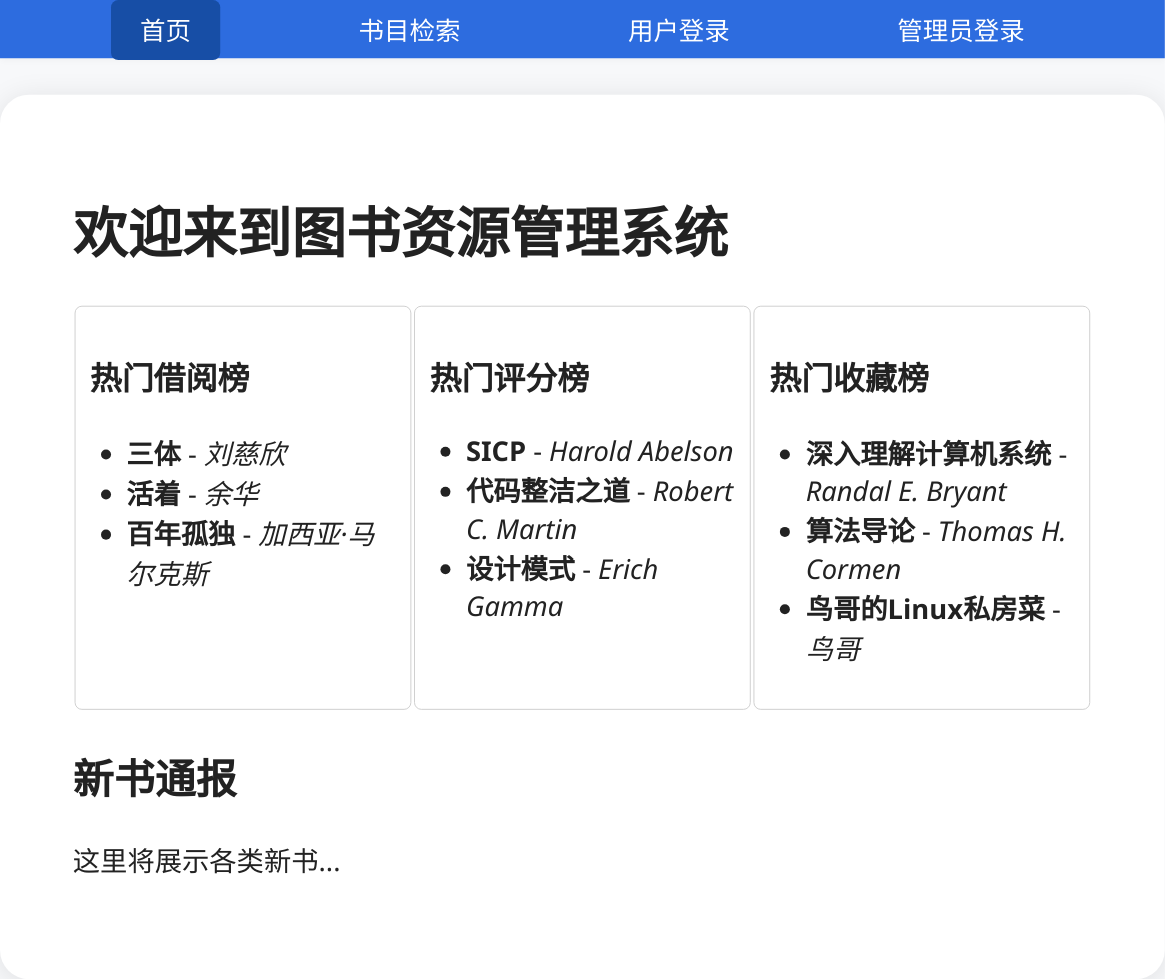
Repository: MercuryRandom/Library-Resource-Management-System
Page: / (app in frontend/)
An editor plug-in stored every save of this project. The page is shown before and after the next save, followed by the edit.
The browser window is 1280 px wide. The pictures show the whole page, at 91% of full size.
The project was rebuilt for these pictures with package versions that can differ from the ones it lists, and the page was loaded fresh each time. Also part of the build but not shown: frontend/vite.config.js, frontend/src/pages/SearchPage.jsx, frontend/src/pages/LoginPage.jsx, frontend/src/pages/RegisterPage.jsx, frontend/src/pages/AdminLoginPage.jsx, frontend/src/pages/AdminPage.jsx, frontend/src/pages/admin/ReaderManagementPage.jsx, frontend/src/pages/admin/BookManagementPage.jsx and 1 more.

Above is the page before, as saved 2025-06-25 20:22:45.

### frontend/index.html
<!DOCTYPE html>
<html lang="zh-CN">

<head>
  <meta charset="UTF-8" />
  <link rel="icon" type="image/svg+xml" href="/vite.svg" />
  <meta name="viewport" content="width=device-width, initial-scale=1.0" />
  <title>图书管理系统</title>
</head>

<body>
  <div id="root"></div>
  <script type="module" src="/src/main.jsx"></script>
</body>

</html>

### frontend/src/App.jsx
import { BrowserRouter as Router, Routes, Route } from 'react-router-dom';
import MainLayout from './layout/MainLayout';
import HomePage from './pages/HomePage';
import SearchPage from './pages/SearchPage';
import LoginPage from './pages/LoginPage';
import RegisterPage from './pages/RegisterPage';
import AdminLoginPage from './pages/AdminLoginPage';
import AdminPage from './pages/AdminPage';
import ReaderManagementPage from './pages/admin/ReaderManagementPage';
import BookManagementPage from './pages/admin/BookManagementPage';
import BorrowManagementPage from './pages/admin/BorrowManagementPage';
import './App.css';

function App() {
  return (
    <Router>
      <Routes>
        <Route path="/" element={<MainLayout />}>
          <Route index element={<HomePage />} />
          <Route path="search" element={<SearchPage />} />
          <Route path="login" element={<LoginPage />} />
          <Route path="register" element={<RegisterPage />} />
          <Route path="admin-login" element={<AdminLoginPage />} />
          <Route path="admin" element={<AdminPage />}>
            <Route path="readers" element={<ReaderManagementPage />} />
            <Route path="books" element={<BookManagementPage />} />
            <Route path="borrowing" element={<BorrowManagementPage />} />
          </Route>
        </Route>
      </Routes>
    </Router>
  );
}

export default App;

### frontend/src/layout/MainLayout.jsx
import React from 'react';
import { Outlet, NavLink } from 'react-router-dom';

const MainLayout = () => {
  return (
    <div>
      <nav>
        <ul>
          <li>
            <NavLink to="/" end className={({ isActive }) => isActive ? 'active' : ''}>首页</NavLink>
          </li>
          <li>
            <NavLink to="/search" className={({ isActive }) => isActive ? 'active' : ''}>书目检索</NavLink>
          </li>
          <li>
            <NavLink to="/login" className={({ isActive }) => isActive ? 'active' : ''}>用户登录</NavLink>
          </li>
          <li>
            <NavLink to="/admin-login" className={({ isActive }) => isActive ? 'active' : ''}>管理员登录</NavLink>
          </li>
        </ul>
      </nav>
      <hr style={{ border: 'none', margin: 0 }} />
      <main>
        <Outlet />
      </main>
    </div>
  );
};

export default MainLayout;

### frontend/src/pages/HomePage.jsx
import React from 'react';

const HomePage = () => {
  // 假设这些是-从后端获取的数据
  const popularBorrowings = [
    { id: 1, title: '三体', author: '刘慈欣' },
    { id: 2, title: '活着', author: '余华' },
    { id: 3, title: '百年孤独', author: '加西亚·马尔克斯' },
  ];

  const popularRatings = [
    { id: 1, title: 'SICP', author: 'Harold Abelson' },
    { id: 2, title: '代码整洁之道', author: 'Robert C. Martin' },
    { id: 3, title: '设计模式', author: 'Erich Gamma' },
  ];

  const popularCollections = [
    { id: 1, title: '深入理解计算机系统', author: 'Randal E. Bryant' },
    { id: 2, title: '算法导论', author: 'Thomas H. Cormen' },
    { id: 3, title: '鸟哥的Linux私房菜', author: '鸟哥' },
  ];

  return (
    <div>
      <h1>欢迎来到图书资源管理系统</h1>

      <div style={{ display: 'flex', justifyContent: 'space-around', marginTop: '20px' }}>
        <RecommendationList title="热门借阅榜" books={popularBorrowings} />
        <RecommendationList title="热门评分榜" books={popularRatings} />
        <RecommendationList title="热门收藏榜" books={popularCollections} />
      </div>

      <div style={{ marginTop: '40px' }}>
        <h2>新书通报</h2>
        <p>这里将展示各类新书...</p>
      </div>
    </div>
  );
};

// 一个可重用的列表组件
const RecommendationList = ({ title, books }) => (
  <div style={{ border: '1px solid #ccc', padding: '16px', borderRadius: '8px', width: '30%' }}>
    <h3>{title}</h3>
    <ul>
      {books.map(book => (
        <li key={book.id}>
          <strong>{book.title}</strong> - <em>{book.author}</em>
        </li>
      ))}
    </ul>
  </div>
);

export default HomePage;

### frontend/src/App.css
body {
  margin: 0;
  padding: 0;
  font-family: 'Segoe UI', 'Arial', sans-serif;
  background: #f7f8fa;
  color: #222;
  font-size: 24px;
}

#root {
  min-height: 100vh;
  display: flex;
  flex-direction: column;
}

nav {
  background: #2d6cdf;
  padding: 0 0;
  box-shadow: 0 2px 8px rgba(0, 0, 0, 0.04);
}

nav ul {
  display: flex;
  justify-content: center;
  align-items: center;
  margin: 0;
  padding: 0;
  list-style: none;
  height: 64px;
}

nav ul li {
  margin: 0 60px;
}

nav ul li a {
  color: #fff;
  text-decoration: none;
  font-size: 28px;
  font-weight: 500;
  padding: 14px 32px;
  border-radius: 8px;
  transition: background 0.2s;
}

nav ul li a:hover,
nav ul li a.active {
  background: #174ea6;
}

main {
  flex: 1;
  max-width: 1600px;
  margin: 40px auto 0 auto;
  background: #fff;
  border-radius: 32px;
  box-shadow: 0 4px 32px rgba(0, 0, 0, 0.10);
  padding: 64px 80px 80px 80px;
  font-size: 1.25em;
}

/* 登录/注册卡片样式 */
.form-card {
  max-width: 520px;
  margin: 60px auto;
  padding: 48px 40px 40px 40px;
  background: #f5f7fb;
  border-radius: 24px;
  box-shadow: 0 2px 16px rgba(0, 0, 0, 0.08);
}

.form-card h2 {
  text-align: center;
  margin-bottom: 32px;
  font-size: 2.2em;
}

.form-card label {
  font-size: 1.1em;
  margin-bottom: 8px;
}

.form-card input {
  width: 100%;
  padding: 14px;
  font-size: 1.1em;
  border: 1px solid #bfc8e0;
  border-radius: 8px;
  margin-bottom: 24px;
  background: #fff;
  box-sizing: border-box;
}

.form-card button {
  width: 100%;
  padding: 16px;
  font-size: 1.1em;
  background: #2d6cdf;
  color: #fff;
  border: none;
  border-radius: 8px;
  margin-top: 8px;
  cursor: pointer;
  transition: background 0.2s;
}

.form-card button:hover {
  background: #174ea6;
}

.form-card .form-link {
  display: block;
  text-align: right;
  margin-top: 12px;
  color: #2d6cdf;
  text-decoration: underline;
  cursor: pointer;
  font-size: 1em;
}

@media (max-width: 900px) {
  main {
    max-width: 98vw;
    padding: 16px 2vw;
  }

  nav ul li {
    margin: 0 10px;
  }

  nav ul li a {
    font-size: 18px;
    padding: 8px 10px;
  }

  .form-card {
    padding: 24px 8px 24px 8px;
  }
}

.logo {
  height: 6em;
  padding: 1.5em;
  will-change: filter;
  transition: filter 300ms;
}

.logo:hover {
  filter: drop-shadow(0 0 2em #646cffaa);
}

.logo.react:hover {
  filter: drop-shadow(0 0 2em #61dafbaa);
}

@keyframes logo-spin {
  from {
    transform: rotate(0deg);
  }

  to {
    transform: rotate(360deg);
  }
}

@media (prefers-reduced-motion: no-preference) {
  a:nth-of-type(2) .logo {
    animation: logo-spin infinite 20s linear;
  }
}

.card {
  padding: 2em;
}

.read-the-docs {
  color: #888;
}

Loaded but not shown: frontend/src/main.jsx (common file)

After the next save:
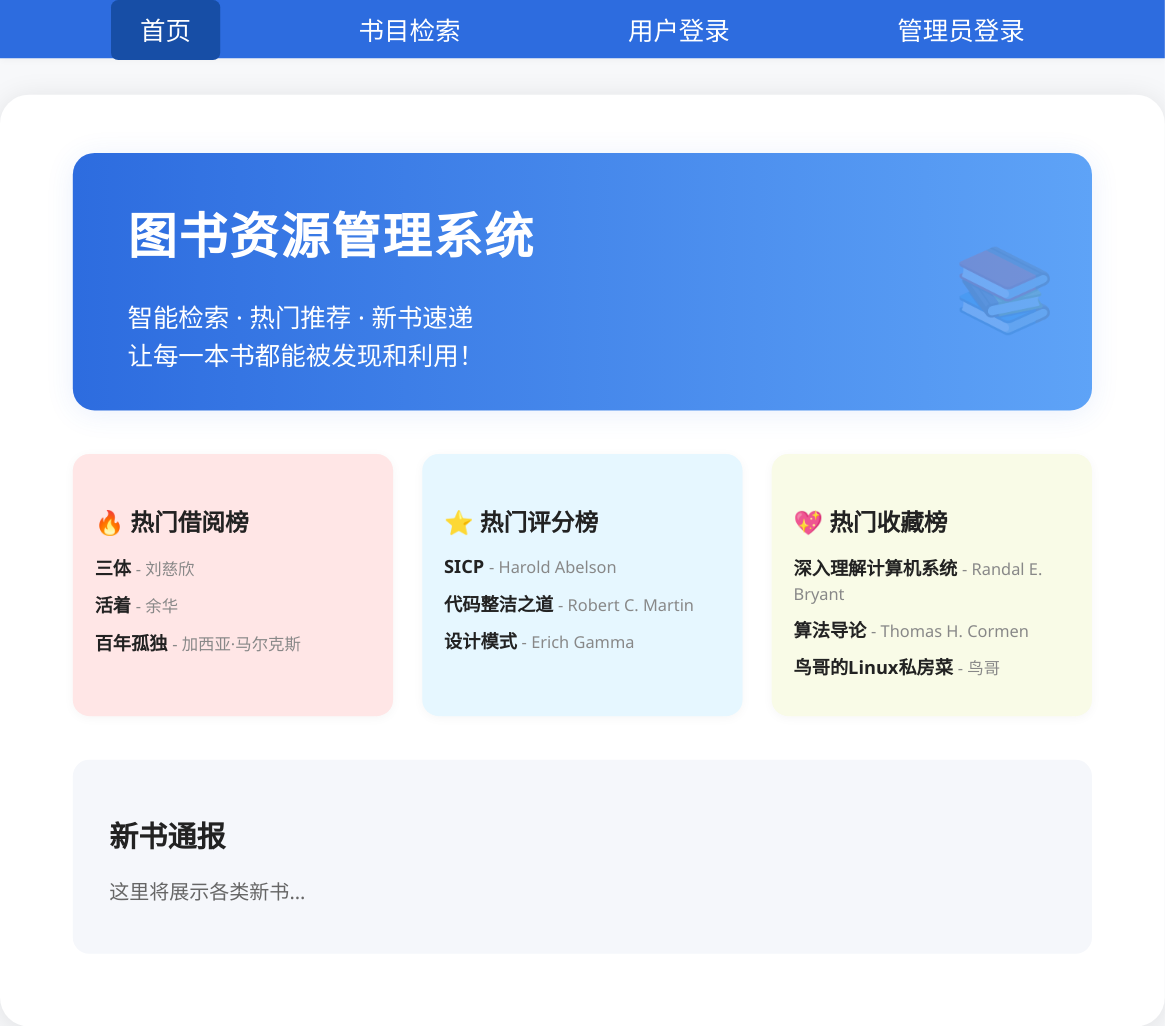
Saved 16 s later.
--- a/frontend/src/pages/HomePage.jsx
+++ b/frontend/src/pages/HomePage.jsx
@@ -22,30 +22,49 @@ const HomePage = () => {
 
   return (
     <div>
-      <h1>欢迎来到图书资源管理系统</h1>
-
-      <div style={{ display: 'flex', justifyContent: 'space-around', marginTop: '20px' }}>
-        <RecommendationList title="热门借阅榜" books={popularBorrowings} />
-        <RecommendationList title="热门评分榜" books={popularRatings} />
-        <RecommendationList title="热门收藏榜" books={popularCollections} />
+      <div style={{
+        background: 'linear-gradient(90deg, #2d6cdf 0%, #5ea3f7 100%)',
+        color: '#fff',
+        borderRadius: '24px',
+        padding: '48px 40px 40px 60px',
+        marginBottom: 48,
+        boxShadow: '0 4px 32px rgba(45,108,223,0.10)',
+        display: 'flex',
+        alignItems: 'center',
+        gap: 40
+      }}>
+        <div style={{ flex: 1 }}>
+          <h1 style={{ fontSize: 54, fontWeight: 700, margin: 0, letterSpacing: 2 }}>图书资源管理系统</h1>
+          <p style={{ fontSize: 28, margin: '32px 0 0 0', lineHeight: 1.5 }}>
+            智能检索 · 热门推荐 · 新书速递<br />
+            让每一本书都能被发现和利用！
+          </p>
+        </div>
+        <div style={{ fontSize: 90, opacity: 0.15, userSelect: 'none' }}>📚</div>
       </div>
 
-      <div style={{ marginTop: '40px' }}>
-        <h2>新书通报</h2>
-        <p>这里将展示各类新书...</p>
+      <div style={{ display: 'flex', justifyContent: 'space-between', gap: 32, marginBottom: 48 }}>
+        <RecommendationList title="热门借阅榜" icon="🔥" books={popularBorrowings} color="#ffe6e6" />
+        <RecommendationList title="热门评分榜" icon="⭐" books={popularRatings} color="#e6f7ff" />
+        <RecommendationList title="热门收藏榜" icon="💖" books={popularCollections} color="#f9fbe7" />
+      </div>
+
+      <div style={{ marginTop: '40px', background: '#f5f7fb', borderRadius: 18, padding: '32px 40px' }}>
+        <h2 style={{ fontSize: 32, marginBottom: 18 }}>新书通报</h2>
+        <p style={{ color: '#666', fontSize: 22 }}>这里将展示各类新书...</p>
       </div>
     </div>
   );
 };
 
 // 一个可重用的列表组件
-const RecommendationList = ({ title, books }) => (
-  <div style={{ border: '1px solid #ccc', padding: '16px', borderRadius: '8px', width: '30%' }}>
-    <h3>{title}</h3>
-    <ul>
+const RecommendationList = ({ title, icon, books, color }) => (
+  <div style={{ background: color, borderRadius: 18, padding: '28px 24px', width: '32%', boxShadow: '0 2px 12px rgba(0,0,0,0.04)' }}>
+    <h3 style={{ fontSize: 26, marginBottom: 18 }}>{icon} {title}</h3>
+    <ul style={{ padding: 0, margin: 0, listStyle: 'none', fontSize: 20 }}>
       {books.map(book => (
-        <li key={book.id}>
-          <strong>{book.title}</strong> - <em>{book.author}</em>
+        <li key={book.id} style={{ marginBottom: 12 }}>
+          <strong>{book.title}</strong> <span style={{ color: '#888', fontSize: 18 }}>- {book.author}</span>
         </li>
       ))}
     </ul>
